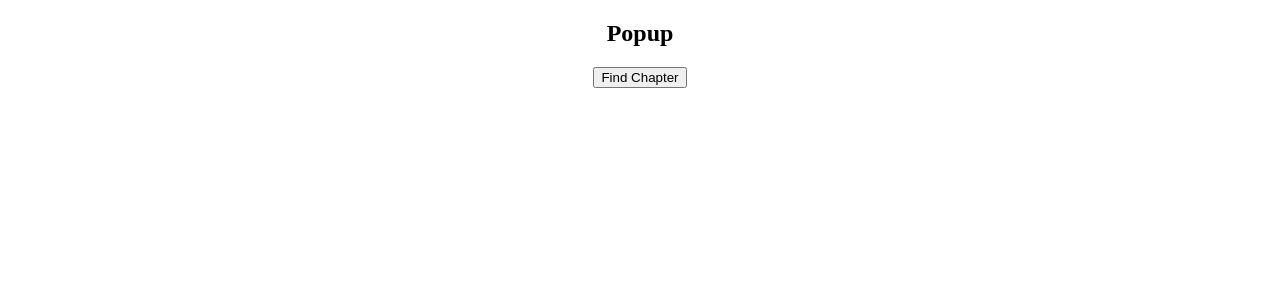
Repository: jpaisiem/WP-4
Page: index.html
These files come from the project's save history. The page is drawn as it stood at one moment and after a run of saves; the edit follows.
The browser window is 1280 px wide. The pictures show the whole page.

Above is the page before, as saved 2025-04-29 11:39:41.

### index.html
<!DOCTYPE html>
<html>
<head>
<meta name="viewport" content="width=device-width, initial-scale=1">
<style>
/* Popup container - can be anything you want */
.popup {
  position: relative;
  display: inline-block;
  cursor: pointer;
  -webkit-user-select: none;
  -moz-user-select: none;
  -ms-user-select: none;
  user-select: none;
  text-align: left;
}

/* The actual popup */
.popup .popuptext {
  visibility: hidden;
  width: 160px;
  background-color: #555;
  color: #fff;
  text-align: center;
  border-radius: 6px;
  padding: 8px 0;
  position: absolute;
  z-index: 1;
  bottom: 125%;
  left: 50%;
  margin-left: -80px;
}

/* Popup arrow */
.popup .popuptext::after {
  content: "";
  position: absolute;
  top: 100%;
  left: 50%;
  margin-left: -5px;
  border-width: 5px;
  border-style: solid;
  border-color: #555 transparent transparent transparent;
}

/* Toggle this class - hide and show the popup */
.popup .show {
  visibility: visible;
  -webkit-animation: fadeIn 1s;
  animation: fadeIn 1s;
}

/* Add animation (fade in the popup) */
@-webkit-keyframes fadeIn {
  from {opacity: 0;}
  to {opacity: 1;}
}

@keyframes fadeIn {
  from {opacity: 0;}
  to {opacity:1 ;}
}
</style>
</head>
<body style="text-align:center">

<h2>Popup</h2>

<div class="popup" onclick="myFunction()"><button>Find Chapter</button>
  <span class="popuptext" id="myPopup"></span>
</div>

<script>
// When the user clicks on div, open the popup
function myFunction() {
  var popup = document.getElementById("myPopup");
  popup.classList.toggle("show");
}
</script>

</body>
</html>

After the next 4 saves:
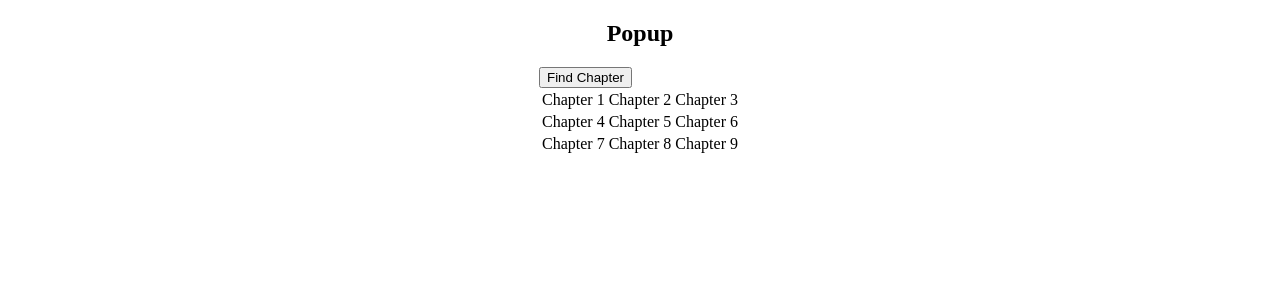
The 4 saves are shown as one change because they came seconds apart.
The last was saved 18 s later.
--- a/index.html
+++ b/index.html
@@ -68,6 +68,23 @@
 
 <div class="popup" onclick="myFunction()"><button>Find Chapter</button>
   <span class="popuptext" id="myPopup"></span>
+  <table>
+    <tr>
+      <td>Chapter 1</td>
+      <td>Chapter 2</td>
+      <td>Chapter 3</td>
+    </tr>
+    <tr>
+      <td>Chapter 4</td>
+      <td>Chapter 5</td>
+      <td>Chapter 6</td>
+    </tr>
+    <tr>
+      <td>Chapter 7</td>
+      <td>Chapter 8</td>
+      <td>Chapter 9</td>
+    </tr>
+  </table>
 </div>
 
 <script>

After the save that followed:
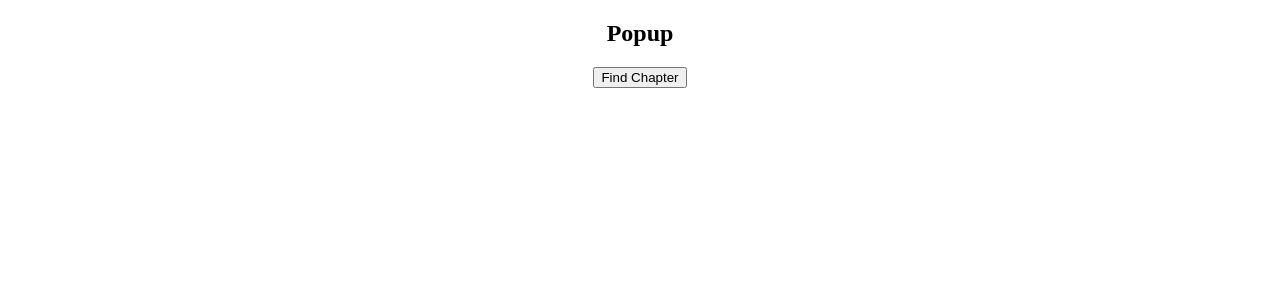
Saved 10 s later.
--- a/index.html
+++ b/index.html
@@ -67,8 +67,7 @@
 <h2>Popup</h2>
 
 <div class="popup" onclick="myFunction()"><button>Find Chapter</button>
-  <span class="popuptext" id="myPopup"></span>
-  <table>
+  <span class="popuptext" id="myPopup"> <table>
     <tr>
       <td>Chapter 1</td>
       <td>Chapter 2</td>
@@ -84,7 +83,8 @@
       <td>Chapter 8</td>
       <td>Chapter 9</td>
     </tr>
-  </table>
+  </table></span>
+
 </div>
 
 <script>
